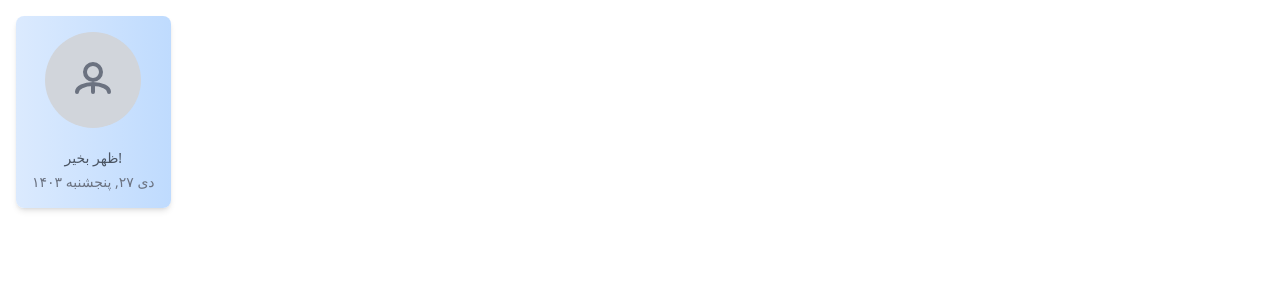
Repository: spnovaa/work-hive
Page: / (app in front_end/)
The author's editor kept a copy of each file at every save. The page is drawn from the files as they stood at one save, then again after the next save.
The browser window is 1280 px wide. The pictures show the whole page.
The project was rebuilt for these pictures with package versions that can differ from the ones it lists, and the page was loaded fresh each time. Also part of the build but not shown: front_end/src/api/auth.js, front_end/src/pages/login.jsx, front_end/src/pages/registration.jsx, front_end/src/components/profile/dropdown.jsx.

Above is the page before, as saved 2025-01-16 15:42:47.

After the next save:
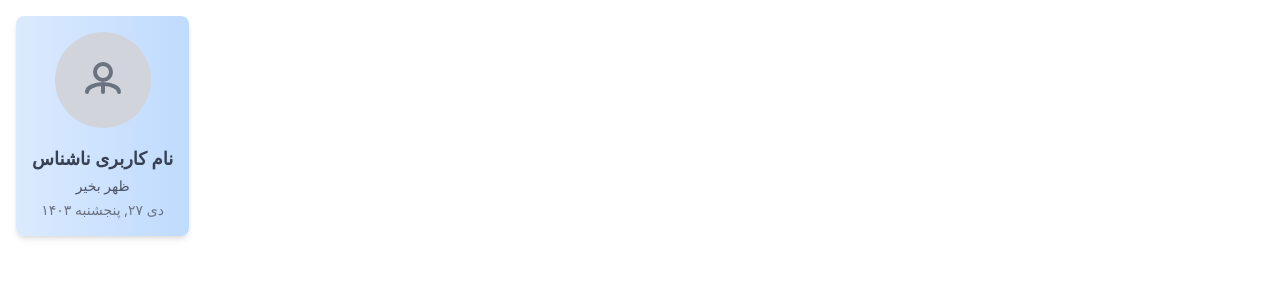
Saved 3 s later.
--- a/front_end/src/pages/home.jsx
+++ b/front_end/src/pages/home.jsx
@@ -1,7 +1,9 @@
 import React, { useState } from 'react';
 import ProfileSection from '../components/profile/profileSection';
-
-function Home({name =null}) {
+import { useLocation } from 'react-router-dom';
+function Home() {
+  const location = useLocation();
+  const name = location.state?.name || "نام کاربری ناشناس";
   const [background, setBackground] = useState('bg-white');
   const handleBackgroundChange = (bg) => {
     setBackground(bg);
@@ -15,7 +17,7 @@ function Home({name =null}) {
       <div className="absolute top-4 left-4">
         <ProfileSection
           name={name}
-          greeting="ظهر بخیر!"
+          greeting="ظهر بخیر"
           date={getCurrentDate()}
           onBackgroundChange={handleBackgroundChange}
         />
